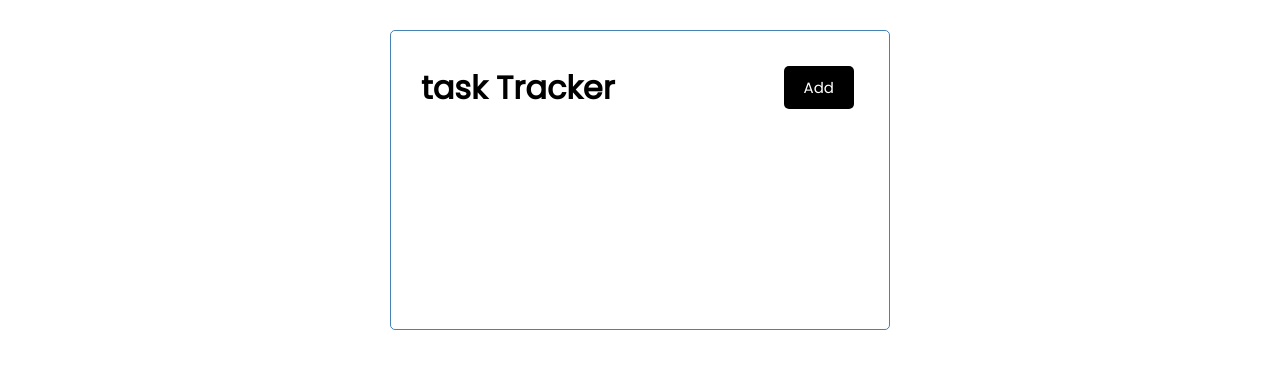
Repository: ds-mbappe/react-task-tracker
Page: /
The author's editor kept a copy of each file at every save. The page is drawn from the files as they stood at one save, then again after the next save.
The browser window is 1280 px wide. The pictures show the whole page.
The project was rebuilt for these pictures with package versions that can differ from the ones it lists, and the page was loaded fresh each time.

Above is the page before, as saved 2021-10-01 04:25:50.

### src/components/Header.js
import PropTypes from "prop-types"
import Button from "./Button"

const Header = ({title}) => {
    return (
        <header className="header">
            <h1>{title}</h1>
            <Button color="green" text="Hello"/>
        </header>
    )
}

Header.defaultProps = {
    title: "task Tracker",
}

Header.propTypes = {
    title: PropTypes.string.isRequired,
}

export default Header

### src/components/Button.js
const Button = () => {
    return (
        <button className="btn">Add</button>
    )
}

export default Button

Loaded but not shown: public/index.html (common file); src/index.js (common file); src/index.css (common file); src/App.js (common file); src/reportWebVitals.js (common file)

After the next save:
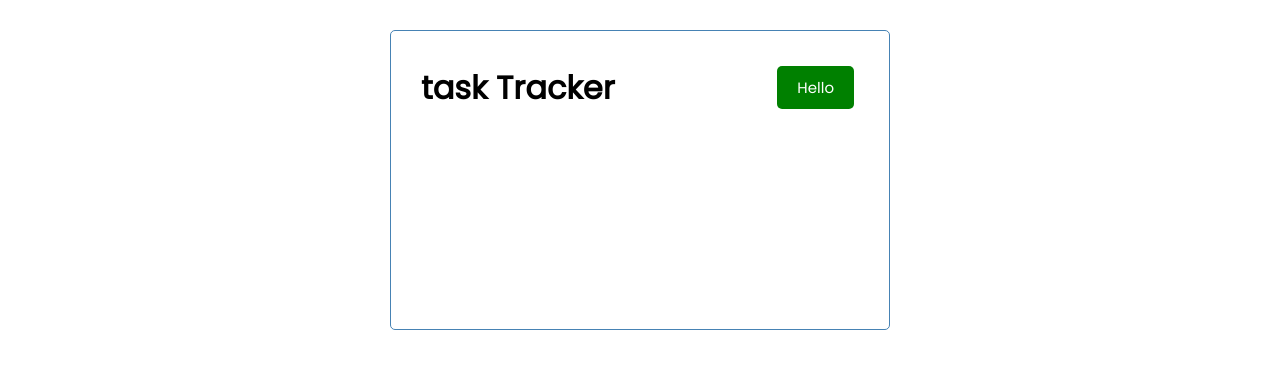
Saved 52 s later.
--- a/src/components/Button.js
+++ b/src/components/Button.js
@@ -1,6 +1,6 @@
-const Button = () => {
+const Button = ({color, text}) => {
     return (
-        <button className="btn">Add</button>
+        <button className="btn" style={{backgroundColor: color}}>{text}</button>
     )
 }
 
